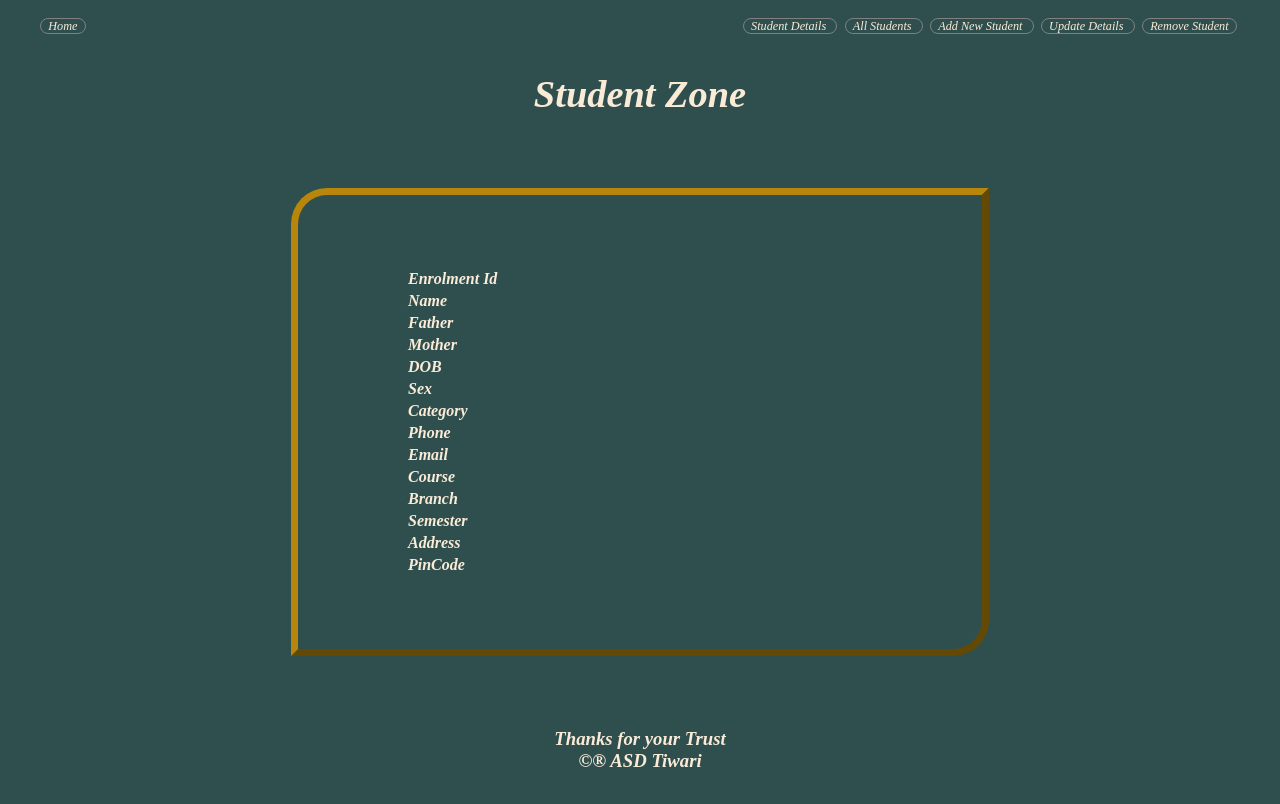
Repository: asdtiwari/Practice
Page: http://localhost/showInfo
The author's editor kept a copy of each file at every save. The page is drawn from the files as they stood at one save, then again after the next save.
The browser window is 1280 px wide. The pictures show the whole page.
The page is this project's Thymeleaf template; nobody is signed in. The template is opened directly, without the code that normally fills it, so the values that code supplies are empty.

Above is the page before, as saved 2023-11-17 04:26:49.

### DiwaliProjectSTS/studentZone/src/main/resources/templates/showInfo.html
<!DOCTYPE html>
<html lang="en">
    <head>
        <meta charset="UTF-8">
        <meta name="viewport" content="width-device-width, initial-scale=1.0">

        <title>Student's Detail</title>

        <style>
            .body{
                background-color: darkslategrey;
                color: antiquewhite;
                font-family: cursive;
                font-style: oblique;
            }

            .a{
                text-decoration: none;
                color: antiquewhite;
            }

            .nav{
                position: fixed;
                top: 0vh;
                right: 5vh;
                text-align: right;
            }

            .home{
                position: fixed;
                top: 0vh;
                text-align: left;
                left: 0vh;
            }

            .nav_li{
                display: inline;
                border: solid 0.1vh grey;
                border-radius: 5vh;
                margin-right: 1vh;
                padding-left: 1vh;
                padding-right: 1vh;
                padding-top: 0vh;
                font-size: 1.7vh;
            }

            .nav_li:hover{
                background-color: darkgoldenrod;
                border: solid 0.5vh whitesmoke;
                font-size: 110%
            }

            .nav_a:hover{
                color: black;
            }

            .header{
                margin-top: 10vh;
            }

            .header:hover{
                color: darkgoldenrod;
            }

            .form{
                border: outset 1vh darkgoldenrod;
                border-top-left-radius: 5vh;
                border-bottom-right-radius: 5vh;
                width: 75vh;
                margin-top: 10vh;
                margin-bottom: 10vh;
                padding: 10vh;
            }

            .form:hover{
                border-style: inset;
            }

            .tr:hover{
                background: coral;
            }

            .th{
                width: 100vh;
                text-align: left;
                border-top-left-radius: 5vh;
                border-bottom-left-radius: 5vh;
                padding-left: 5vh;
                padding-right: 5vh;
            }

            .td{
                width: 100vh;
                text-align: left;
                border-top-right-radius: 5vh;
                border-bottom-right-radius: 5vh;
                padding-left: 5vh;
                padding-right: 5vh;
            }

            .footer{
                bottom: 0px;
                width: 100%;
                text-align: center;
            }

            .footer:hover{
                color: darkgoldenrod;
            }
        </style>
    </head>

    <body class="body">
        <ul class="home">
            <li class="nav_li"> <a class="nav_a a" href="/student/index" method="get"> Home </a> </li>
        </ul>

        <ul class="nav">
			<li class="nav_li"> <a class="nav_a a" href="/student/viewInfo" method="get" > Student Details </a> </li>
			<li class="nav_li"> <a class="nav_a a" href="/student/showAllInfo" method="get"> All Students </a> </li>
			<li class="nav_li"> <a class="nav_a a" href="/student/register" method="get"> Add New Student </a> </li>
			<li class="nav_li"> <a class="nav_a a" href="/student/update" method="get"> Update Details </a> </li>
			<li class="nav_li"> <a class="nav_a a" href="/student/remove" method="get"> Remove Student </a> </li>
		</ul>

        <center> <big> <h1 class="header"> Student Zone </h1> </big> </center>

        <center>
            <form class="form">
                <table>
                    <tr class="tr">
                        <th class="th"> Enrolment Id </th>
                        <td class="td" th:text="${student.id}"> </td>
                    </tr>

                    <tr class="tr">
                        <th class="th"> Name </th>
                        <td class="td" th:text="${student.name}"> </td>
                    </tr>

                    <tr class="tr">
                        <th class="th"> Father </th>
                        <td class="td" th:text="${student.father}"> </td>
                    </tr>

                    <tr class="tr">
                        <th class="th"> Mother </th>
                        <td class="td" th:text="${student.mother}"> </td>
                    </tr>

                    <tr class="tr">
                        <th class="th"> DOB </th>
                        <td class="td" th:text="${student.dob}"> </td>
                    </tr>

                    <tr class="tr">
                        <th class="th"> Sex </th>
                        <td class="td" th:text="${student.sex}"> </td>
                    </tr>

                    <tr class="tr">
                        <th class="th"> Category </th>
                        <td class="td" th:text="${student.category}"> </td>
                    </tr>

                    <tr class="tr">
                        <th class="th"> Phone </th>
                        <td class="td" th:text="${student.phone}"> </td>
                    </tr>

                    <tr class="tr">
                        <th class="th"> Email </th>
                        <td class="td" th:text="${student.email}"> </td>
                    </tr>

                    <tr class="tr">
                        <th class="th"> Course </th>
                        <td class="td" th:text="${student.course}"> </td>
                    </tr>

                    <tr class="tr">
                        <th class="th"> Branch </th>
                        <td class="td" th:text="${student.branch}"> </td>
                    </tr>

                    <tr class="tr">
                        <th class="th"> Semester </th>
                        <td class="td" th:text="${student.semester}"> </td>
                    </tr>

                    <tr class="tr">
                        <th class="th"> Address </th>
                        <td class="td" th:text="${student.address}"> </td>
                    </tr>

                    <tr class="tr">
                        <th class="th"> PinCode </th>
                        <td class="td" th:text="${student.pin}"> </td>
                    </tr>

                </table>
            </form>
        </center>

        <h3 class = "footer"> Thanks for your Trust <br> <a class="a nav_a" href="https://in.linkedin.com/in/asdtiwari/"> ©® ASD Tiwari </a> </h3>
    </body>
</html>

After the next save:
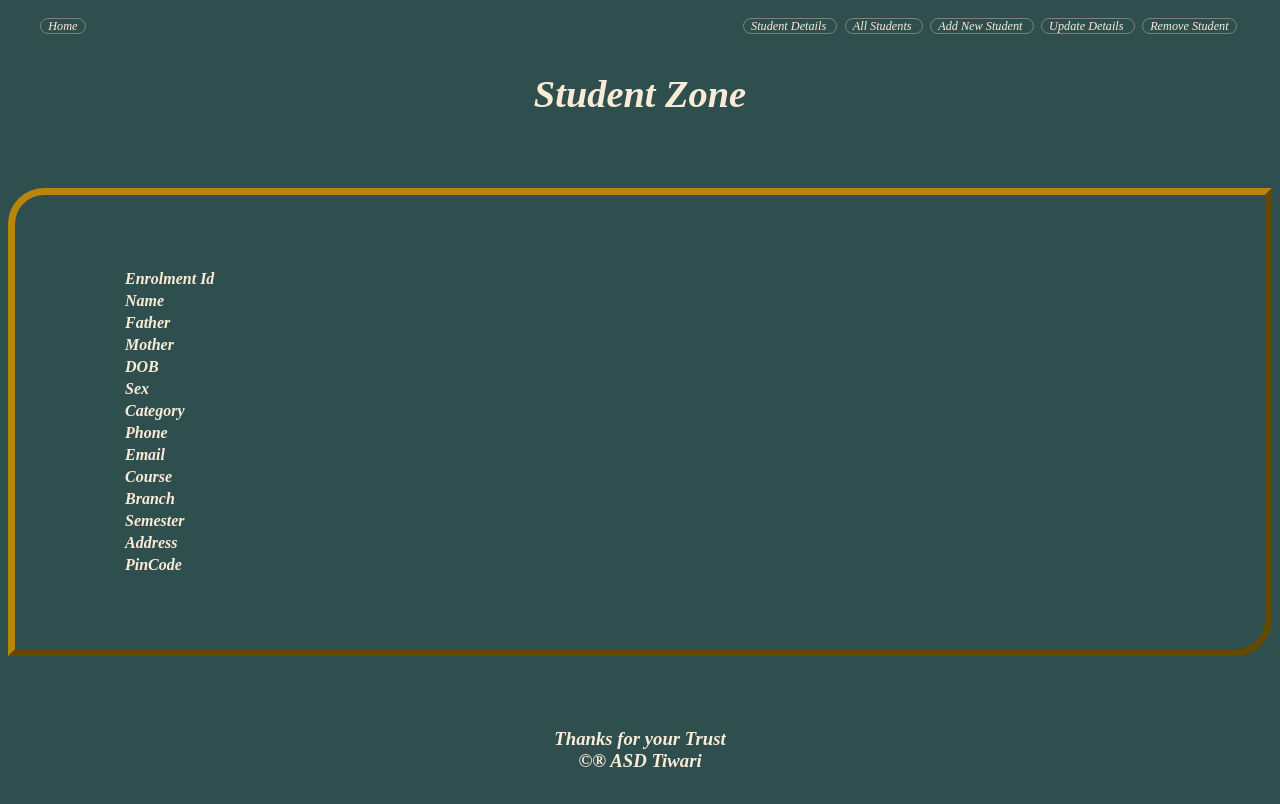
Saved 22 s later.
--- a/DiwaliProjectSTS/studentZone/src/main/resources/templates/showInfo.html
+++ b/DiwaliProjectSTS/studentZone/src/main/resources/templates/showInfo.html
@@ -66,7 +66,7 @@
                 border: outset 1vh darkgoldenrod;
                 border-top-left-radius: 5vh;
                 border-bottom-right-radius: 5vh;
-                width: 75vh;
+                width: auto;
                 margin-top: 10vh;
                 margin-bottom: 10vh;
                 padding: 10vh;
